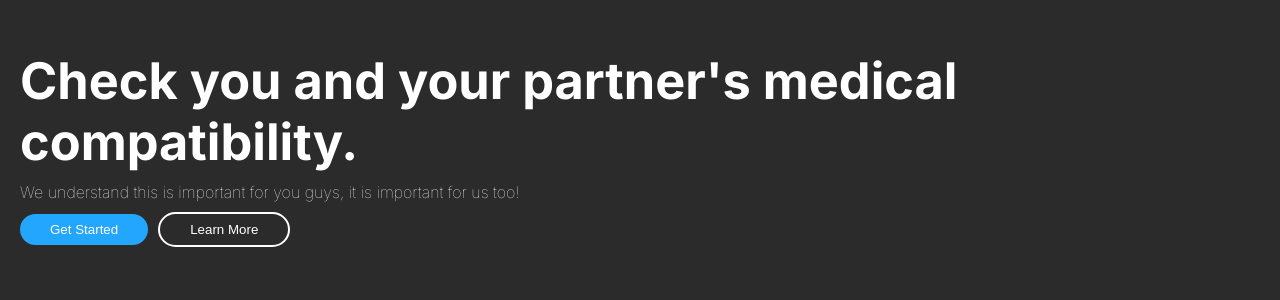
Repository: devhabeeblateef/tictactoe
Page: /
These files come from the project's save history. The page is drawn as it stood at one moment and after the next save; the edit follows.
The browser window is 1280 px wide. The pictures show the whole page.
The project was rebuilt for these pictures with package versions that can differ from the ones it lists, and the page was loaded fresh each time. Also part of the build but not shown: src/App.css.

Above is the page before, as saved 2022-06-17 00:40:58.

### src/App.js
import logo from './logo.svg';
import './App.css';
import Home from './Home';

function App() {
  return (
    <div>
      <Home/>
    </div>
  );
}

export default App;

### src/Home.js
import React from 'react'
import classes from './Home.module.css'

function Home() {
  return (
    <div className={classes.home}>
    <h1 className={classes.home__header}>
        Check you and your partner's medical compatibility.
    </h1>
    <p className={classes.home__info}>
        We understand this is important for you guys, it
        is important for us too!
    </p>
    <div className={classes.button}>
        <button className={classes.button__one}><a href="index2.html">Get Started</a></button>
        <button className={classes.button__two}>Learn More</button>
    </div>
    </div>
  )
}

export default Home

### src/Home.module.css
@import url('https://fonts.googleapis.com/css2?family=Inter:wght@100;200;300;400;500;600;700;800;900&display=swap');

body
{
    background-color: #2b2b2b;
    color: #fff;
}

.home__header
{
    margin:50px 20px;
    font-size: 5ch;
    font-family: 'Inter', sans-serif;
    font-weight: bold;
}

.home__info
{
    font-family: 'Inter', sans-serif;
    font-weight: 100;
    margin: -40px 20px;
}

img
{
    width: 350px;
}

.button
{
    margin: 50px 20px;
}


.button__one
{
    background-color: #23A6FD;
    border-radius: 60px;
    border: none;
    padding:8px 30px;
    color: white;
    font-family: 'Montserrat', sans-serif;
    cursor: pointer;
}

.button__two
{
    margin-left: 10px;
    background-color: transparent;
    border-radius: 60px;
    padding: 8px 30px;
    border: 2px solid #fff;
    color: white;
    font-family: 'Montserrat', sans-serif;
    cursor: pointer;
}

@media (max-width:400px){
.button__two
{
    margin: 20px 0;
    border-radius: 60px;

}
}

a
{
    color: #fff;
    text-decoration: none;
}

a:hover
{
    color: white;
}

Loaded but not shown: src/index.js (common file); src/index.css (common file); src/reportWebVitals.js (common file)

After the next save:
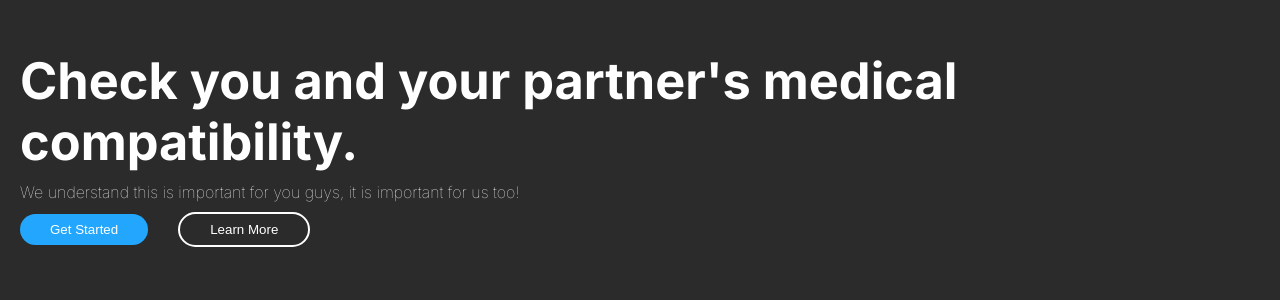
Saved 18 s later.
--- a/src/Home.module.css
+++ b/src/Home.module.css
@@ -45,7 +45,7 @@ img
 
 .button__two
 {
-    margin-left: 10px;
+    margin-left: 30px;
     background-color: transparent;
     border-radius: 60px;
     padding: 8px 30px;
